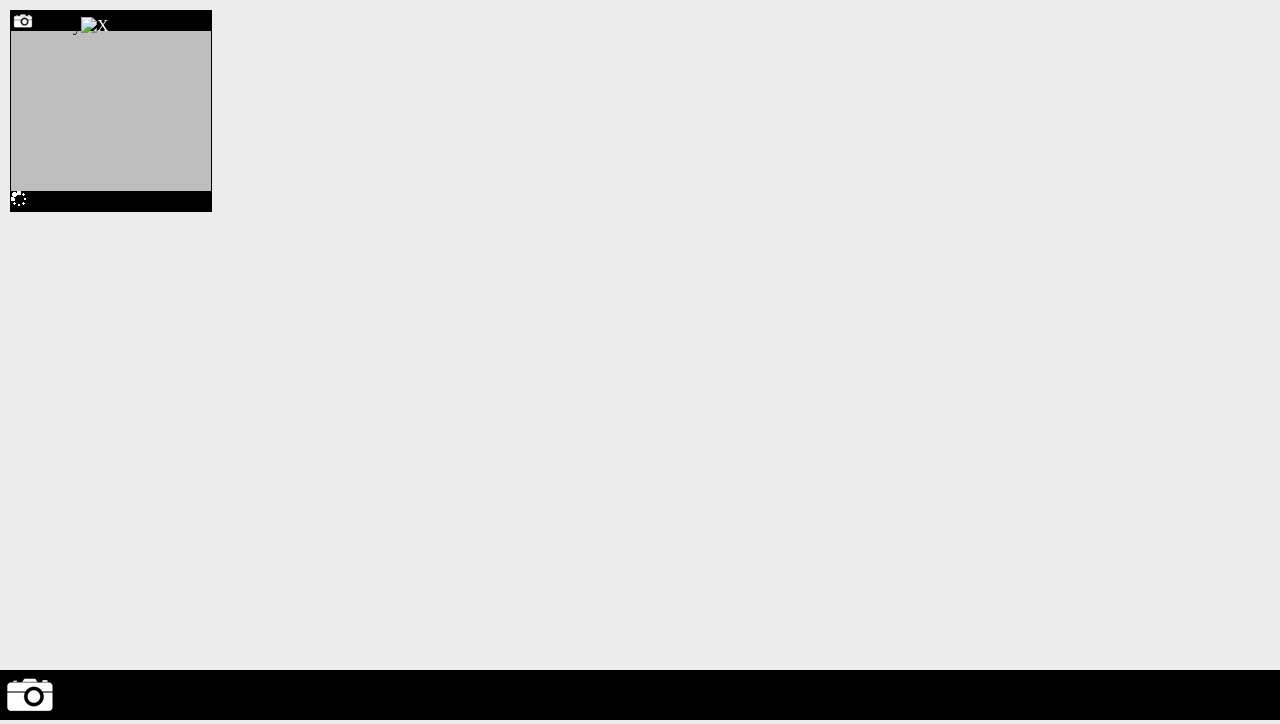
Repository: CarroForslund/1dv403-cf222ev-laborationer
Page: 5-pwd/index.html
The author's editor kept a record of every edit. The page is drawn from the files as they stood at one moment, then again after the next edit.
The browser window is 1280 px wide. The pictures show the whole page.
After loading, the first visible `a.appLink` was clicked once.
The page's requests for data from a server got no answer.

Above is the page before.
Console error: TypeError: Cannot read properties of null (reading 'setAttribute')

After the next edit:
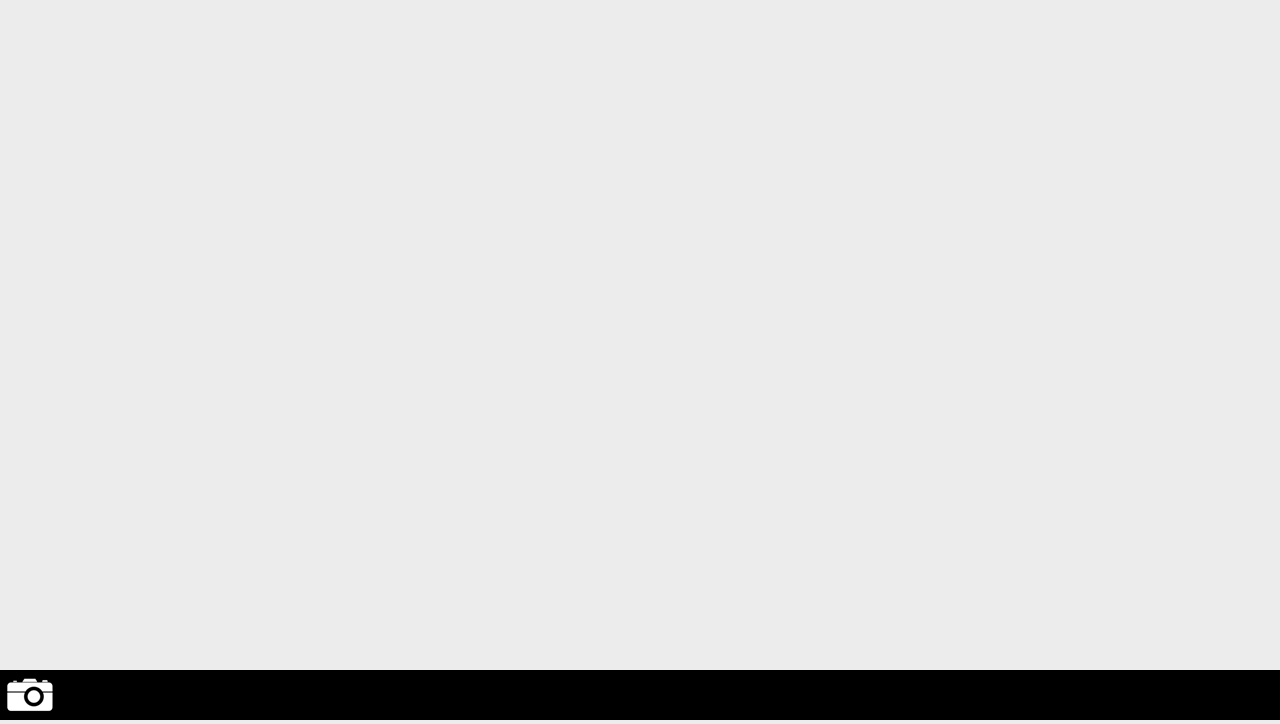
Console error: TypeError: Failed to execute 'appendChild' on 'Node': parameter 1 is not of type 'Node'.
The edit:
--- a/5-pwd/script/Window.js
+++ b/5-pwd/script/Window.js
@@ -41,9 +41,8 @@
         var throwawayNode = windowArea.removeChild(windowToClose);
     });
 
-    windowBody = document.createElement('div');
-    windowBody.setAttribute('class', 'windowBody');
-    windowBody.setAttribute('id', 'windowBody');
+    this.windowBody = document.createElement('div'); //this gör det publikt
+    this.windowBody.setAttribute('class', 'windowBody');
 
     load = document.createElement('div');
     load.setAttribute('class', 'load');

After the edit that followed:
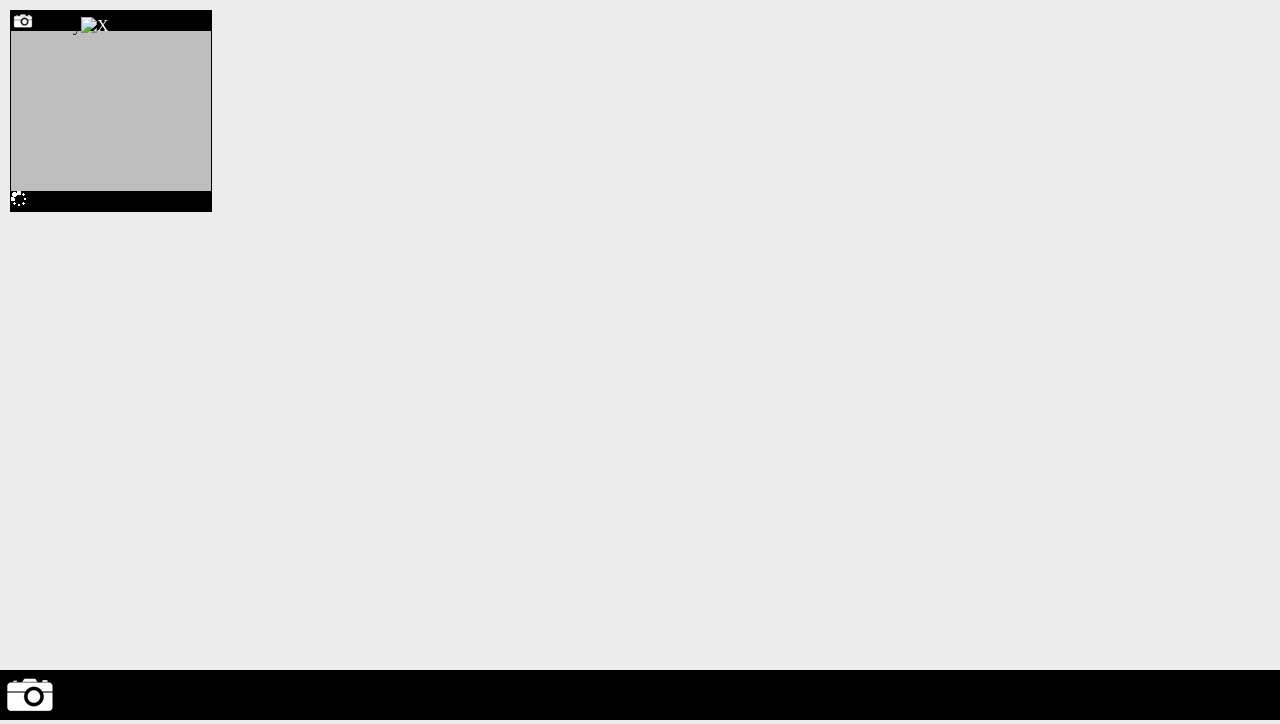
Console error: TypeError: Cannot read properties of null (reading 'setAttribute')
The edit:
--- a/5-pwd/script/Window.js
+++ b/5-pwd/script/Window.js
@@ -57,7 +57,7 @@
     windowHead.appendChild(close);
     windowFooter.appendChild(load);
     newWindow.appendChild(windowHead);
-    newWindow.appendChild(windowBody);
+    newWindow.appendChild(this.windowBody);
     newWindow.appendChild(windowFooter);
     windowArea.appendChild(newWindow);
 };
